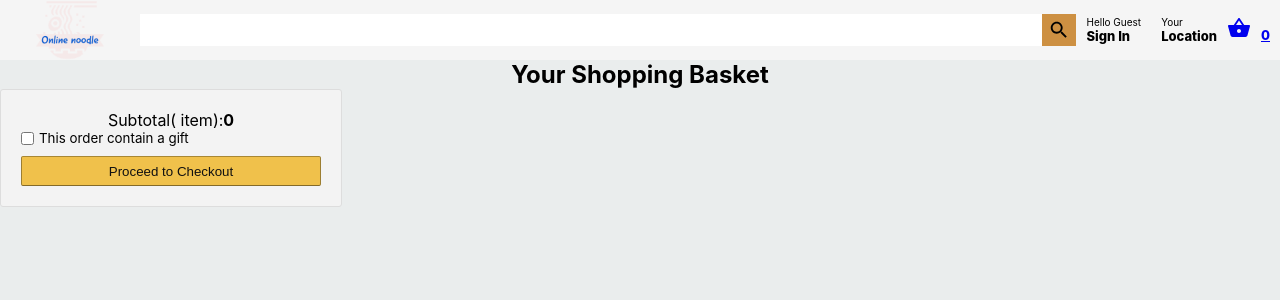
Repository: treenoise09/Noodleonline
Page: /checkout
The author's editor kept a copy of each file at every save. The page is drawn from the files as they stood at one save, then again after the next save.
The browser window is 1280 px wide. The pictures show the whole page.
The project was rebuilt for these pictures with package versions that can differ from the ones it lists, and the page was loaded fresh each time. Also part of the build but not shown: src/Home.css, src/Noodle.css, src/Noodle.js, src/Home.js.

Above is the page before, as saved 2022-10-28 17:02:33.

After the next save:
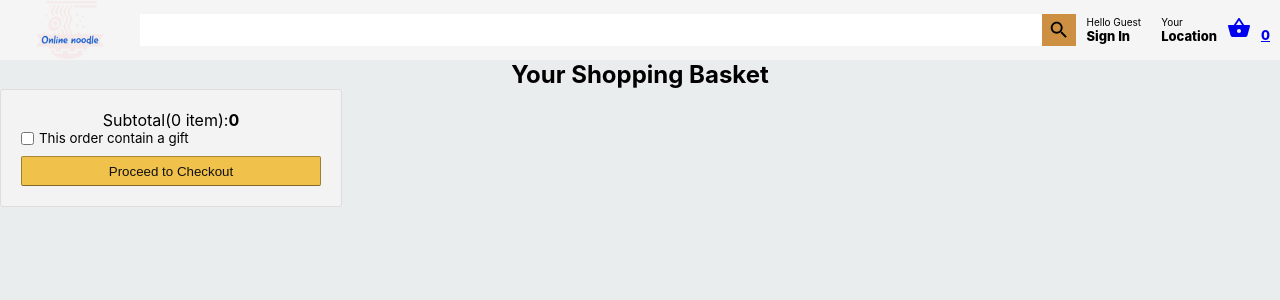
Saved 8 s later.
--- a/src/Subtotal.js
+++ b/src/Subtotal.js
@@ -11,7 +11,7 @@
 renderText={(value) => (
 <>
     <p>
-        Subtotal({basket.lenght} item):<strong>0</strong>
+        Subtotal({basket.length} item):<strong>0</strong>
         </p>
         <small className='subtotal_gift'>
             <input type="checkbox"/>This order contain a gift
